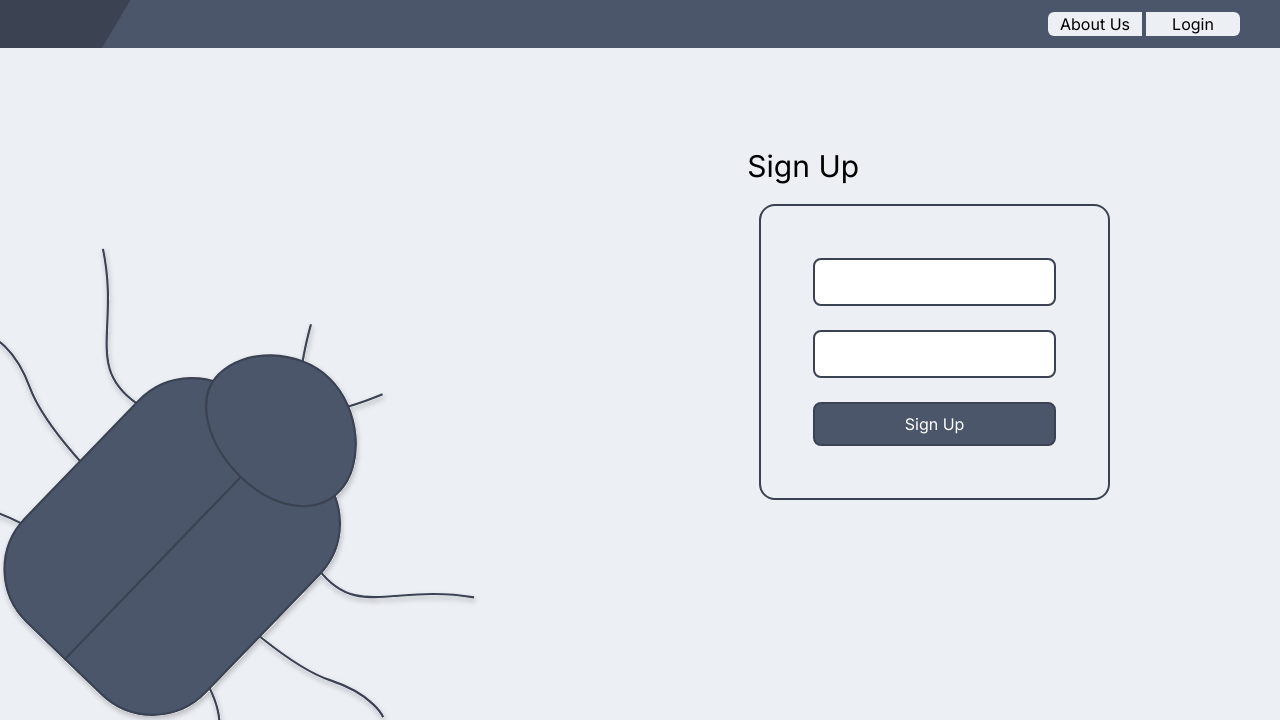
Repository: Qu4ntumGuy/project-bug
Page: /signup
These files come from the project's save history. The page is drawn as it stood at one moment and after the next save; the edit follows.
The browser window is 1280 px wide. The pictures show the whole page.
The project was rebuilt for these pictures with package versions that can differ from the ones it lists, and the page was loaded fresh each time. The framework's server and built-in components were replaced by stand-ins that run in the browser. Also part of the build but not shown: next.config.mjs, src/components/Diamond.module.css, src/components/Navbar.js.

Above is the page before, as saved 2024-02-13 23:59:28.

### src/app/layout.js
import { Inter } from "next/font/google";
import "./globals.css";

const inter = Inter({ subsets: ["latin"] });

export default function RootLayout({ children }) {
  return (
    <html lang="en">
      <head>
        <title>Project-bug</title>
        <meta name="description" content="Description goes here." />
        <link rel="preconnect" href="https://fonts.googleapis.com" />
        <link rel="preconnect" href="https://fonts.gstatic.com" crossorigin />
        <link
          href="https://fonts.googleapis.com/css2?family=Fira+Code:wght@300;400;500;600&display=swap"
          rel="stylesheet"
        />
      </head>
      <body className={inter.className}>{children}</body>
    </html>
  );
}

### src/app/signup/layout.js
"use client";
import Navbar from "@/components/Navbar";
import Image from "next/image";
import reactangle from "../../../public/Rectangle 5.svg";

export default function Signup({ children }) {
  //   const { data: session, status } = useSession();

  return (
    <>
      <nav className="h-[10%] relative w-full z-10 bg-[#4C566A] flex justify-end">
        <div className="absolute flex -left-1 -top-1">
          <Image
            src={reactangle}
            alt="reactangle"
            height={52}
            className=" rounded-md"
          />
        </div>
        <div className="flex m-3 w-48 mr-10 justify-between">
          <div className="flex cursor-pointer bg-[#ECEFF4] w-full mr-1 rounded-l-md items-center justify-center align-middle">
            <button className="" onClick={() => signupHandler}>
              About Us
            </button>
          </div>
          <div className="flex bg-[#ECEFF4] cursor-pointer w-full rounded-r-md items-center justify-center align-middle">
            <button onClick={() => loginHandler}>Login</button>
          </div>
        </div>
      </nav>
      <div className="w-full overflow-hidden">{children}</div>
    </>
  );
}

### src/app/signup/page.js
import Image from "next/image";
import bug from "../../../public/Bug.svg";

export default function Signup() {
  return (
    <div className="flex justify-between">
      <div className="w-full">
        <Image
          className=" absolute left-0 bottom-0"
          height={550}
          src={bug}
          alt="bug"
        />
      </div>
      <div className="w-full p-10">
        <div className="flex ml-20 my-10 flex-col">
          <div className="text-3xl my-3  p-2">Sign Up</div>
          <form className="w-[70%] ml-5 flex p-10 flex-col border-2 border-[#3B4252] rounded-2xl">
            <input
              className="rounded-lg border-2 border-[#3B4252] m-3 p-2 text-xl"
              type="text"
            />
            <input
              className="rounded-lg border-2 border-[#3B4252] m-3 p-2 text-xl"
              type="email"
            />
            <button className="text-white rounded-lg m-3 p-2 border-2 border-[#3B4252] bg-[#4C566A]">
              Sign Up
            </button>
          </form>
        </div>
      </div>
    </div>
  );
}

### src/app/globals.css
@tailwind base;
@tailwind components;
@tailwind utilities;

/* :root {
  --foreground-rgb: 0, 0, 0;
  --background-start-rgb: 214, 219, 220;
  --background-end-rgb: 255, 255, 255;
} */

/* @media (prefers-color-scheme: dark) {
  :root {
    --foreground-rgb: 255, 255, 255;
    --background-start-rgb: 0, 0, 0;
    --background-end-rgb: 0, 0, 0;
  }
} */

body {
  color: rgb(var(--foreground-rgb));
  background: rgba(236, 239, 244, 1);
  font-family: 'Fira Code', monospace;
}

@font-face {
  font-family: "Fira Code";
  src: url("../../public/font/FiraCode-VariableFont_wght.ttf")
    format("truetype");
}


/* @layer utilities {
  .text-balance {
    text-wrap: balance;
  }
} */

Loaded but not shown: tailwind.config.js (common file)

After the next save:
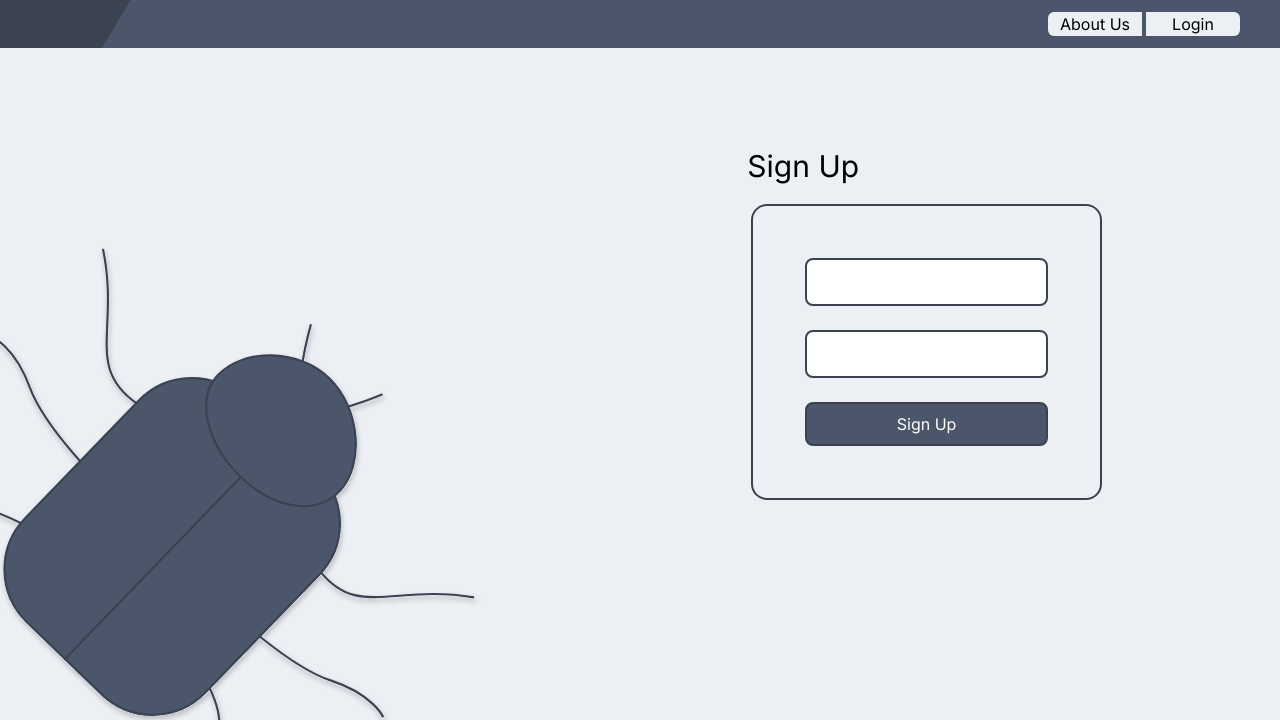
Saved 4 s later.
--- a/src/app/signup/page.js
+++ b/src/app/signup/page.js
@@ -15,7 +15,7 @@ export default function Signup() {
       <div className="w-full p-10">
         <div className="flex ml-20 my-10 flex-col">
           <div className="text-3xl my-3  p-2">Sign Up</div>
-          <form className="w-[70%] ml-5 flex p-10 flex-col border-2 border-[#3B4252] rounded-2xl">
+          <form className="w-[70%] ml-3 flex p-10 flex-col border-2 border-[#3B4252] rounded-2xl">
             <input
               className="rounded-lg border-2 border-[#3B4252] m-3 p-2 text-xl"
               type="text"
